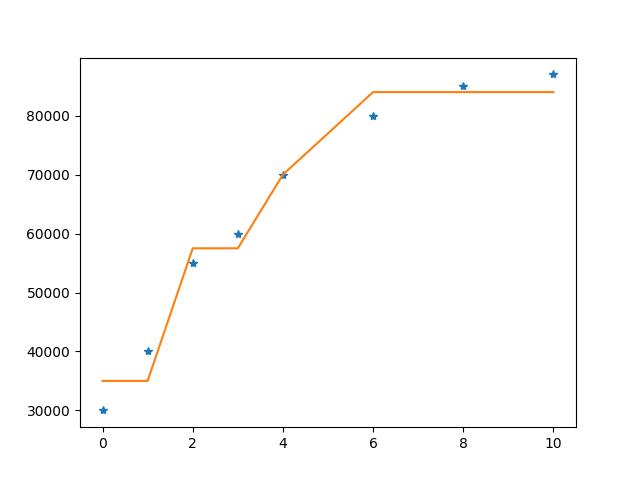
Repository: AbolfazlDargi/The-EXTENT-of-the-impact-of-rights
Script's output: python main.py
The author's editor kept a copy of each file at every save. The script's output is drawn from the files as they stood at one save, then again after the next save.
Random numbers start from a fixed seed.

Above is the script's output before, as saved 2025-12-10 21:03:32.

### main.py
import matplotlib.pyplot as plt
import numpy as np
from sklearn.tree import DecisionTreeRegressor

years_of_experience = np.array([0,1, 2, 3, 4, 6, 8,10]).reshape(-1,1)
years_salieser = np.array([30000, 40000, 55000, 60000, 70000, 80000, 85000, 87000])

# plt.plot(years_of_experience, years_salieser, '*')
# plt.show()

model = DecisionTreeRegressor(max_depth=2)
model.fit(years_of_experience, years_salieser)

y_predict = model.predict(years_of_experience)

plt.plot(years_of_experience, years_salieser, '*')
plt.plot(years_of_experience, y_predict)
plt.show()

After the next save:
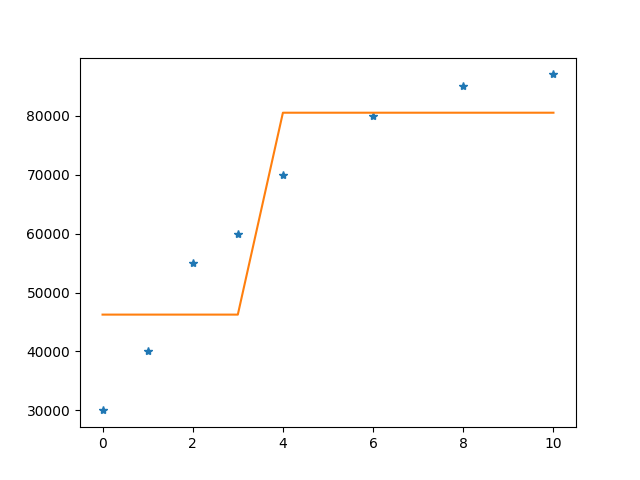
Saved 8 s later.
--- a/main.py
+++ b/main.py
@@ -8,7 +8,7 @@
 # plt.plot(years_of_experience, years_salieser, '*')
 # plt.show()
 
-model = DecisionTreeRegressor(max_depth=2)
+model = DecisionTreeRegressor(max_depth=1)
 model.fit(years_of_experience, years_salieser)
 
 y_predict = model.predict(years_of_experience)

After the save that followed:
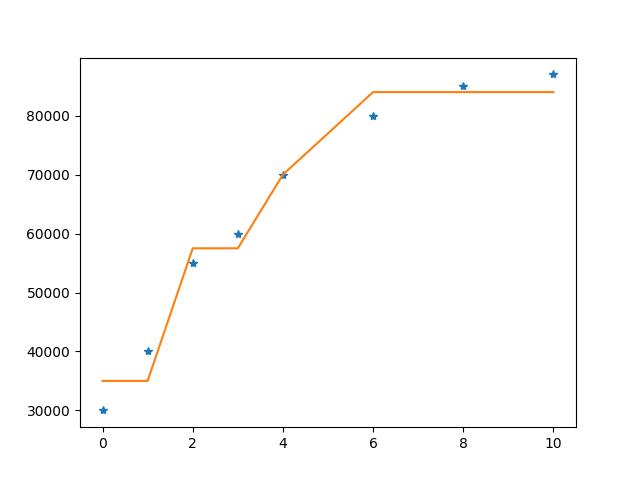
Saved 7 s later.
--- a/main.py
+++ b/main.py
@@ -8,7 +8,7 @@
 # plt.plot(years_of_experience, years_salieser, '*')
 # plt.show()
 
-model = DecisionTreeRegressor(max_depth=1)
+model = DecisionTreeRegressor(max_depth=2)
 model.fit(years_of_experience, years_salieser)
 
 y_predict = model.predict(years_of_experience)
